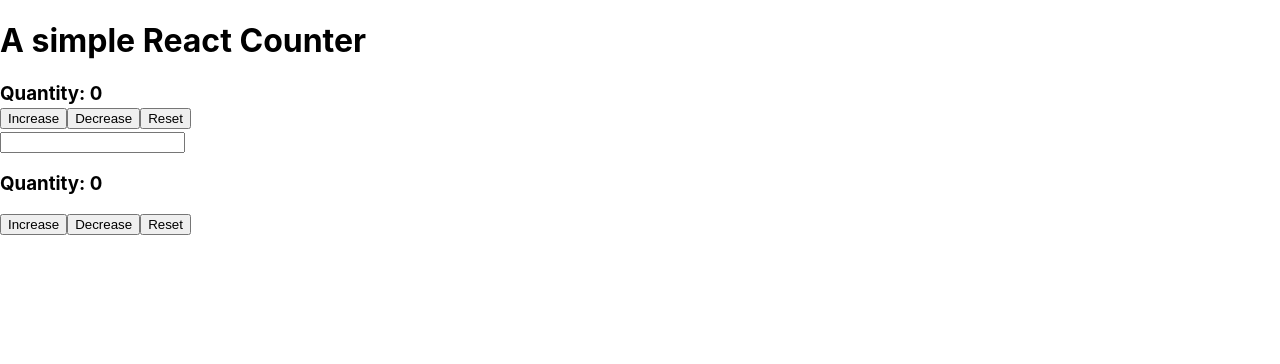
Repository: qudos4real/altschool-second-sem
Page: /
The author's editor kept a copy of each file at every save. The page is drawn from the files as they stood at one save, then again after the next save.
The browser window is 1280 px wide. The pictures show the whole page.
The project was rebuilt for these pictures with package versions that can differ from the ones it lists, and the page was loaded fresh each time. Also part of the build but not shown: src/App.css.

Above is the page before, as saved 2022-11-03 02:23:40.

### src/App.js
import Counter from './Counter';
import './App.css';
import Reducer from './Reducer';



function App() {

  return (
    <>
    <h1>
      A simple React Counter
    </h1>
    <Counter />
    <Reducer />
    </>

  );
}

export default App;

### src/Counter.js
import React from "react";
import { useCounter } from "./useCounter";

function Counter() {
  const quantity = useCounter(0);
  return (
    <div>
      <h3>
        Quantity: {quantity.count}
        <br />
        <button onClick={quantity.increment}>Increase</button>
        <button onClick={quantity.decrement}>Decrease</button>
        <button onClick={quantity.reset}>Reset</button>
        <br />
        <input
          type="number"
          onChange={(e) => quantity.setValue(e.target.value)}
        />
      </h3>
    </div>
  );
}

export default Counter;

### src/Reducer.js
import React from 'react'
import { useReducer } from 'react';


function reducer(state, action) {
    switch (action.type) {
        case 'increment':
            return { count: state.count + 1 };
        case 'decrement':
            return { count: state.count - 1 };
        case 'reset':
            return { count: 0 };
        default:
            return state;
    }
}



 function Reducer() {
        const [state, dispatch] = useReducer(reducer, { count: 0 });
    return (
        <>
            <h3> Quantity: {state.count}</h3>
            <button onClick={() => dispatch({ type: 'increment' })}>Increase</button>
            <button onClick={() => dispatch({ type: 'decrement' })}>Decrease</button>
            <button onClick={() => dispatch({ type: 'reset' })}>Reset</button>

        </>
    )
 }

 export default Reducer

### src/useCounter.js
import { useState } from "react";

export const useCounter = (initialValue) => {
    const [count, setCount] = useState(initialValue);
    const increment = () => {
        setCount(count + 1);
    };
    const decrement = () => {
        count > 0 && setCount(count - 1);
    };
    const reset = () => {
        setCount(initialValue);
    };
    const setValue = (value) => {
        setCount(value);
    };
    return { count, increment, decrement, reset, setValue };
};

Loaded but not shown: public/index.html (common file); src/index.js (common file); src/index.css (common file); src/reportWebVitals.js (common file)

After the next save:
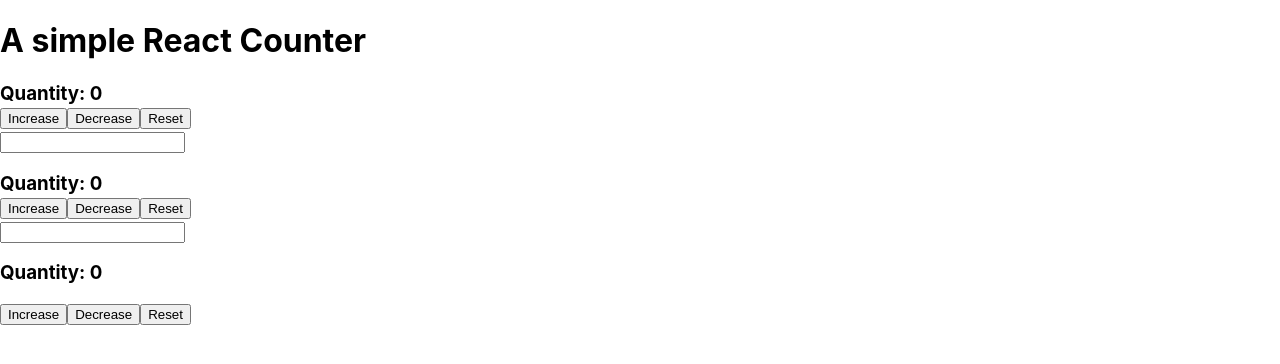
Saved 16 s later.
--- a/src/App.js
+++ b/src/App.js
@@ -12,6 +12,7 @@ function App() {
       A simple React Counter
     </h1>
     <Counter />
+    <Counter />
     <Reducer />
     </>
 
